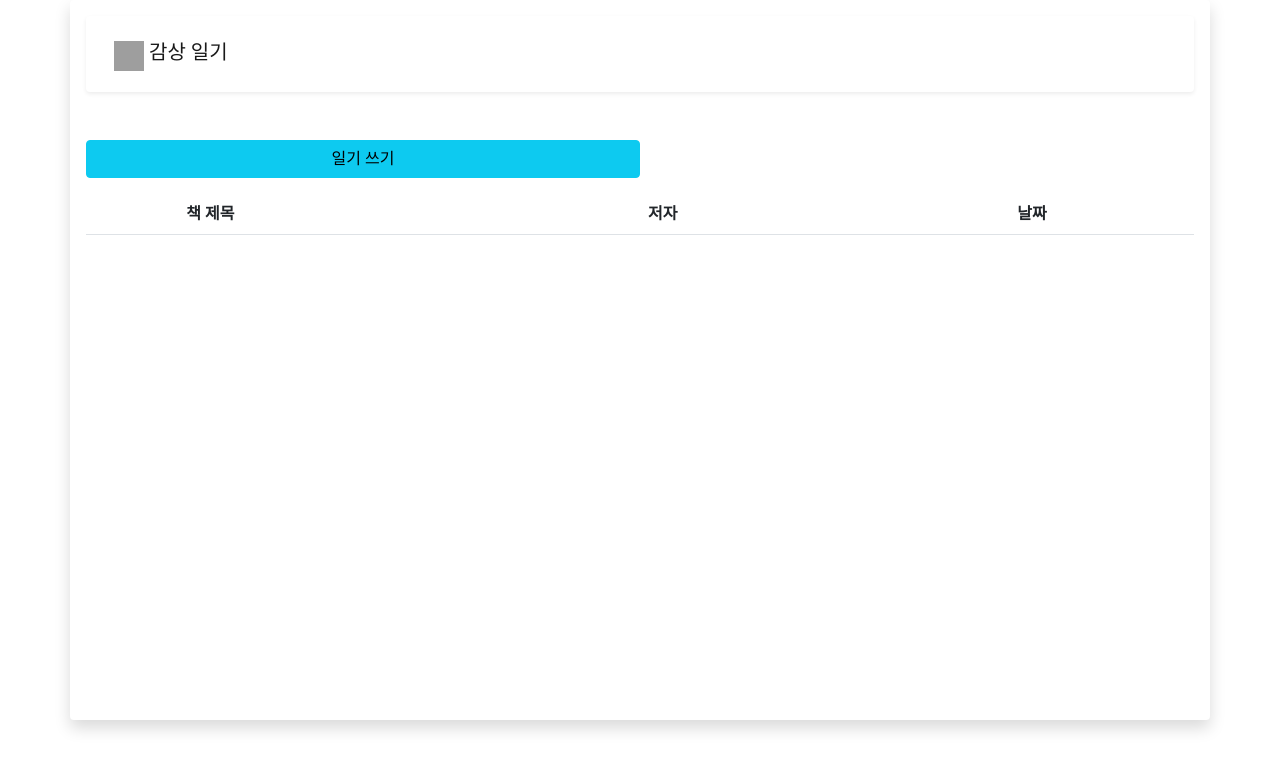
Repository: EunSung98/readMemo
Page: http://localhost/cultureMemoProject/memo/diary.jsp
An editor plug-in stored every save of this project. The page is shown before and after the next save, followed by the edit.
The browser window is 1280 px wide. The pictures show the whole page.
Pictures or frames that could not be fetched are drawn as grey boxes. Some web fonts or font styles are not loaded; a fallback is used. The page is served by Tomcat 9. Other server files are loaded and not shown. Queries for data that is not in the repository find no rows.

Above is the page before, as saved 2023-06-07 13:17:58.

### cultureMemoProject/src/main/webapp/memo/diary.jsp
<%@page import="books.bookDo"%>
<%@page import="java.util.ArrayList"%>
<%@ page language="java" contentType="text/html; charset=UTF-8"
    pageEncoding="UTF-8"%>
<!DOCTYPE html>
<html>
<head>
<meta charset="UTF-8">
<title>감상 일기</title>
</head>
<body>
<div class="container shadow p-3 mb-5 bg-body rounded vh-100">
	<jsp:include page="../header.jsp"/>
	<div class="d-grid mt-5 w-50">
	  <button class="btn btn-info pull-right" type="button" onclick="location.href='upload.jsp'">일기 쓰기</button>
	</div>

	<table class="table table-striped mt-3">
	  <thead>
	    <tr>
	      <th class="col-1" scope="col"></th>
	      <th class="col-5"  scope="col">책 제목</th>
	      <th class="col-4" scope="col">저자</th>
	      <th class="col-3"  scope="col">날짜</th>
	    </tr>
	  </thead>
	    <tbody>

	   <jsp:useBean id="bdao" class="books.bookDao" scope="application" />

	<%
		String id = (String) session.getAttribute("id");

		ArrayList<bookDo> b = bdao.getAll(id);

		for(int i=0; i<b.size(); i++){
			bookDo bdo = b.get(i);
	%>
		<tr style="cursor: pointer" onclick="location.href='page.jsp?book=<%= bdo.getBookName()%>'">
	      <th scope="row"><%= i+1 %></th>
	      <td><%= bdo.getBookName() %></td>
	      <td><%= bdo.getWriter() %></td>
	      <td><%= bdo.getDate() %></td>
	    </tr>
	<%
		}
	%>
	  </tbody>
	</table>
</div>
</body>
</html>

### cultureMemoProject/src/main/webapp/header.jsp
<%@ page language="java" contentType="text/html; charset=UTF-8"
    pageEncoding="UTF-8"%>
<!DOCTYPE html>
<html>
<head>
<meta charset="UTF-8">
<link href="https://cdn.jsdelivr.net/npm/bootstrap@5.1.3/dist/css/bootstrap.min.css" rel="stylesheet" integrity="sha384-1BmE4kWBq78iYhFldvKuhfTAU6auU8tT94WrHftjDbrCEXSU1oBoqyl2QvZ6jIW3" crossorigin="anonymous">
<script src="https://cdn.jsdelivr.net/npm/bootstrap@5.1.3/dist/js/bootstrap.bundle.min.js" integrity="sha384-ka7Sk0Gln4gmtz2MlQnikT1wXgYsOg+OMhuP+IlRH9sENBO0LRn5q+8nbTov4+1p" crossorigin="anonymous"></script>
<link rel="preconnect" href="https://fonts.googleapis.com">
<link rel="preconnect" href="https://fonts.gstatic.com" crossorigin>
<link href="https://fonts.googleapis.com/css2?family=Nanum+Myeongjo:wght@700&family=Poor+Story&family=Song+Myung&display=swap" rel="stylesheet"><style>
*{
	font-family: 'Nanum Myeongjo', serif;
	font-family: 'Poor Story', cursive;
	font-family: 'Song Myung', serif;
}
</style>
<title>감상 일기</title>
</head>
<body>
<nav class="bg-light navbar navbar-light shadow-sm p-3 mb-5 bg-body rounded w-100">
  <div class="container-fluid">
    <a class="navbar-brand" href="#">
      <img src="https://cdn-icons-png.flaticon.com/512/3238/3238016.png" alt="" width="30" height="30" class="d-inline-block align-text-top">
      감상 일기
    </a>
    <%
    	String userId =  (String) session.getAttribute("id");
    	if(userId != null){
    %>
    <form action="logout.jsp" class="w-5">
    	<%= userId %>님
    	<button class="btn btn-outline-secondary m-3" type="submit">로그아웃</button>
    </form>
    <%
    	}
    %>
  </div>
</nav>
</body>
</html>

### cultureMemoProject/src/main/java/books/bookDao.java
package books;

import java.sql.Connection;
import java.sql.Date;
import java.sql.DriverManager;
import java.sql.PreparedStatement;
import java.sql.ResultSet;
import java.sql.SQLException;
import java.time.LocalDate;
import java.util.ArrayList;

import javax.naming.Context;
import javax.naming.InitialContext;
import javax.sql.DataSource;

public class bookDao {
	// DB 연동에 필요한 JDBC 클래스 선언
	Connection conn = null;
	PreparedStatement pstmt = null;
	ResultSet rs = null;

	public void uploadBook(bookDo bdo,String userId) {
		System.out.println("uploadBook() 처리 시작");

		//DB 연결
		connect_cp();

		//SQL 처리 루틴
		String sql = "insert into books(bookName,writer,date,content,memberId)"
		+" values(?,?,?,?,?)";

		LocalDate nowTime = LocalDate.now();

		try {
			pstmt = conn.prepareStatement(sql);
			pstmt.setString(1,bdo.getBookName());
			pstmt.setString(2,bdo.getWriter());
			pstmt.setDate(3,Date.valueOf(nowTime));
			pstmt.setString(4,bdo.getContent());
			pstmt.setString(5,userId);

			//sql문 실행 : 테이블에 변화 있으면  update..
			pstmt.executeUpdate();

			System.out.println("uploadBook() 처리 완료");
		} catch (SQLException e) {
			e.printStackTrace();
		}

		//디비 연결 종료
		disConnect();
	}

	public bookDo goPage(String book,String userId) {
		System.out.println("goPage() 처리 시작");
		connect_cp();

		bookDo bdo = new bookDo();

		String sql = "select * from books where bookName=? and memberId=?";
		try {
			pstmt = conn.prepareStatement(sql);
			pstmt.setString(1, book);
			pstmt.setString(2, userId);
			rs = pstmt.executeQuery();
			while(rs.next()) {
				bdo.setBookName(rs.getString(1));
				bdo.setWriter(rs.getString(2));
				bdo.setDate(rs.getTimestamp(3));
				bdo.setContent(rs.getString(4));
				bdo.setMemberId(rs.getString(5));
				System.out.println("goPage() 처리 완료");
			}
		} catch (SQLException e) {
			// TODO Auto-generated catch block
			e.printStackTrace();
		}
		disConnect();

		return bdo;
	}

	public void modifyBook(bookDo bdo,String book,String userId) {
		System.out.println("modifyBook() 처리 시작");

		//DB 연결
		connect_cp();

		//SQL 처리 루틴
		String sql = "update books set bookName=?,writer=?,date=?,content=? "
				+ "where bookName=? and memberId=?";

		try {
			pstmt = conn.prepareStatement(sql);
			pstmt.setString(1,bdo.getBookName());
			pstmt.setString(2,bdo.getWriter());
			pstmt.setDate(3,Date.valueOf(java.time.LocalDate.now()));
			pstmt.setString(4,bdo.getContent());
			pstmt.setString(5, book);
			pstmt.setString(6, userId);

			pstmt.executeUpdate();

			System.out.println("modifyBook() 처리 완료");
		} catch (SQLException e) {
			e.printStackTrace();
		}

		disConnect();
	}

	public void deleteBook(String book,String userId) {
		System.out.println("deleteBook() 처리 시작");
		connect_cp();

		String sql = "delete from books where bookName=? and memberId=?";
		try {
			pstmt = conn.prepareStatement(sql);
			pstmt.setString(1,book);
			pstmt.setString(2, userId);
			pstmt.executeUpdate();
			System.out.println("deleteBook() 처리 완료");
		} catch (SQLException e) {
			e.printStackTrace();
		}

		disConnect();
	}

	public ArrayList<bookDo> getAll(String userId) {
		System.out.println(" getAll() 처리 시작");

		//DB 연결
		connect_cp();
		ArrayList<bookDo> bList = new ArrayList<bookDo>();

		//SQL 처리 루틴
		String sql = "select * from books where memberId=?";

		try {
			pstmt = conn.prepareStatement(sql);
			pstmt.setString(1, userId);
			rs = pstmt.executeQuery();

			while(rs.next()) {
				bookDo bdo = new bookDo();
				bdo.setBookName(rs.getString(1));
				bdo.setWriter(rs.getString(2));
				bdo.setDate(rs.getTimestamp(3));
				bdo.setContent(rs.getString(4));
				bdo.setMemberId(rs.getString(5));

				bList.add(bdo);
			}
			System.out.println("getAll() 처리 완료");
		} catch (SQLException e) {
			e.printStackTrace();
		}
		disConnect();

		return bList;
	}

	public void connect_cp() {
		try {
			//context 객체 생성
			Context initctx = new InitialContext();
			//context.xml 접근
			Context envctx = (Context) initctx.lookup("java:/comp/env");

			//'jdbc/pool' 이름의 커넥션 풀에 접근
			DataSource ds = (DataSource) envctx.lookup("jdbc/pool");
			//collection pool로부터 collection 하나 빌려오기
			conn = ds.getConnection();

			System.out.println("collection pool로부터 디비 연결 성공");
		} catch (Exception e) {
			// TODO Auto-generated catch block
			e.printStackTrace();
		}

	}

	public void disConnect() {
		if(conn != null) {
			try {
				conn.close();
			}catch(SQLException e) {
				e.printStackTrace();
			}
		}
		if(pstmt != null) {
			try {
				pstmt.close();
			}catch(SQLException e) {
				e.printStackTrace();
			}
		}
		if(rs != null) {
			try {
				rs.close();
			} catch (SQLException e) {
				e.printStackTrace();
			}
		}
	}
}

After the next save:
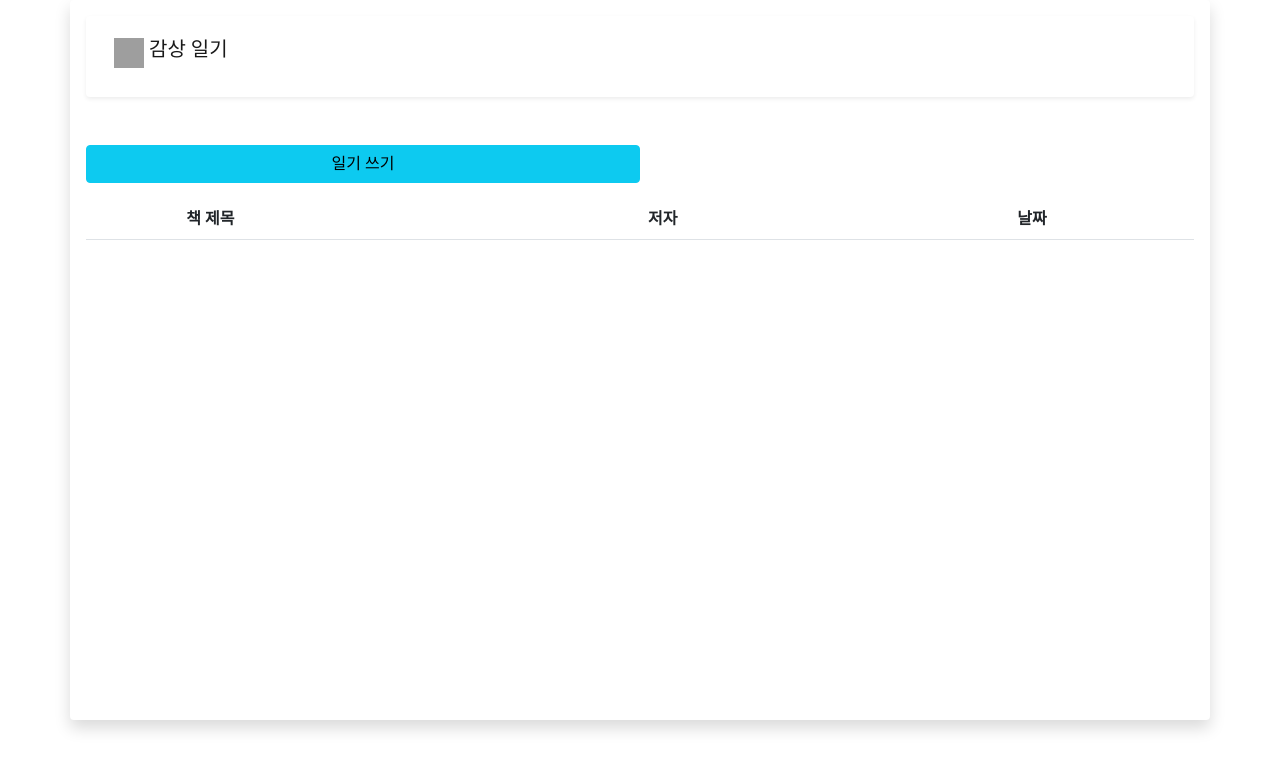
Saved 76 s later.
--- a/cultureMemoProject/src/main/webapp/header.jsp
+++ b/cultureMemoProject/src/main/webapp/header.jsp
@@ -20,7 +20,7 @@
 <body>
 <nav class="bg-light navbar navbar-light shadow-sm p-3 mb-5 bg-body rounded w-100">
   <div class="container-fluid">
-    <a class="navbar-brand" href="#">
+    <a class="navbar-brand h4" href="#">
       <img src="https://cdn-icons-png.flaticon.com/512/3238/3238016.png" alt="" width="30" height="30" class="d-inline-block align-text-top">
       감상 일기
     </a>

After the 2 saves that followed:
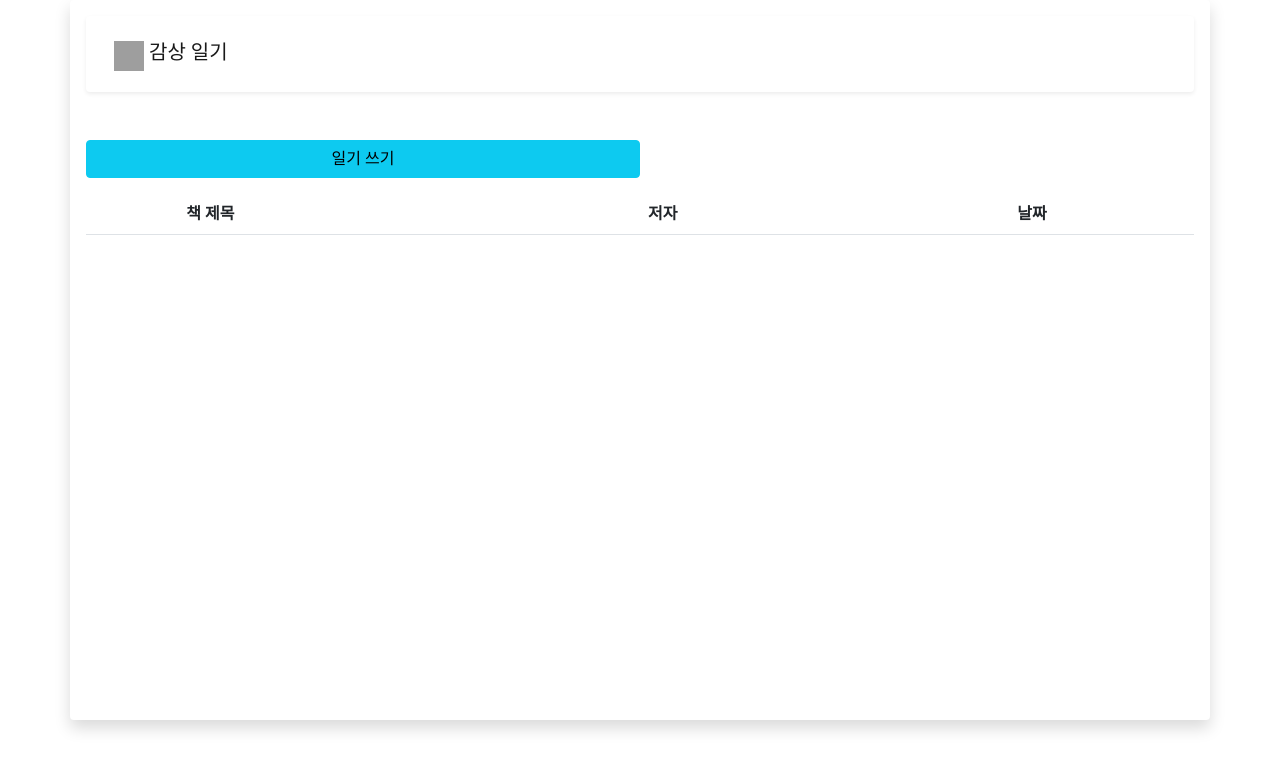
The 2 saves are shown as one change because 1 left the picture as it was.
The last was saved 17 s later.
--- a/cultureMemoProject/src/main/webapp/header.jsp
+++ b/cultureMemoProject/src/main/webapp/header.jsp
@@ -20,7 +20,7 @@
 <body>
 <nav class="bg-light navbar navbar-light shadow-sm p-3 mb-5 bg-body rounded w-100">
   <div class="container-fluid">
-    <a class="navbar-brand h4" href="#">
+    <a class="navbar-brand" href="#">
       <img src="https://cdn-icons-png.flaticon.com/512/3238/3238016.png" alt="" width="30" height="30" class="d-inline-block align-text-top">
       감상 일기
     </a>
